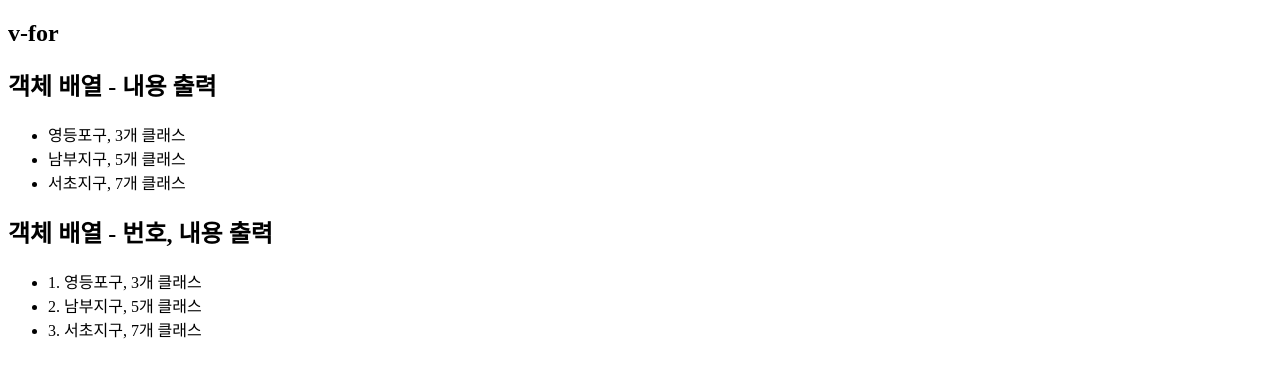
Repository: KangHoi/encore_vueWorkspace
Page: vue02_Methods/WebContent/vue10_vfor.html
The author's editor kept a copy of each file at every save. The page is drawn from the files as they stood at one save, then again after the next save.
The browser window is 1280 px wide. The pictures show the whole page.
Some web libraries are served in a nearby version.

Above is the page before, as saved 2021-07-09 05:34:27.

### vue02_Methods/WebContent/vue10_vfor.html
<!DOCTYPE html>
<html>
<head>
<meta charset="UTF-8">
<title>v-for와 함께 v-if이용하기</title>

<script src="https://cdn.jsdelivr.net/npm/vue/dist/vue.js"></script>
<script src="https://code.jquery.com/jquery-3.2.1.min.js"></script>

</head>
<body>
<h2>v-for</h2>
<div id="app">
	<h2>객체 배열 - 내용 출력</h2>
	<ul>
		<li v-for="encore in encores">
			{{encore.name}}, {{encore.count}}개 클래스
		</li>
	</ul>

	<h2>객체 배열 - 번호, 내용 출력</h2>
	<ul>
		<li v-for="(encore,index) in encores">
			{{index+1}}. {{encore.name}}, {{encore.count}}개 클래스
		</li>
	</ul>
</div>

<script>
	new Vue({
		el:'#app',
		data:{
			encores:[
				{name: '영등포구', count:3},
				{name: '남부지구', count:5},
				{name: '서초지구', count:7}
			]
		}
	});
</script>

</body>
</html>

After the next save:
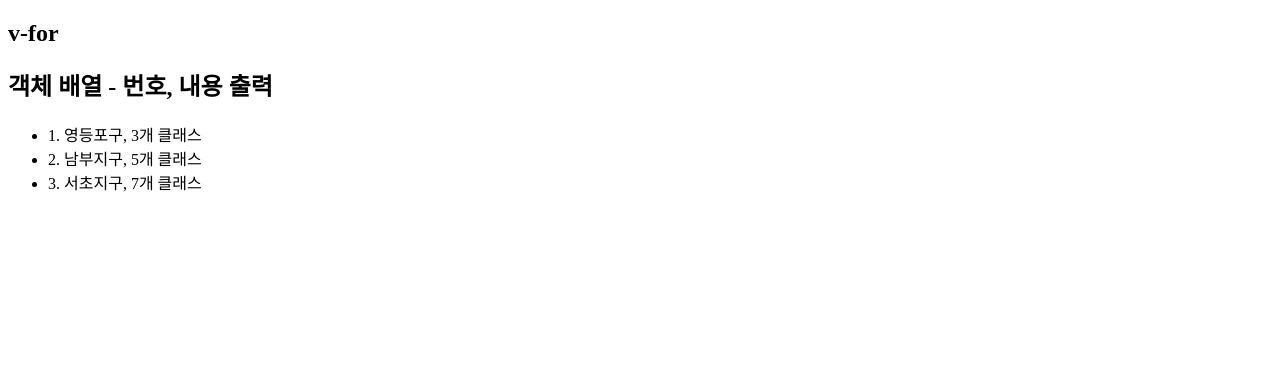
Saved 23 s later.
--- a/vue02_Methods/WebContent/vue10_vfor.html
+++ b/vue02_Methods/WebContent/vue10_vfor.html
@@ -11,13 +11,6 @@
 <body>
 <h2>v-for</h2>
 <div id="app">
-	<h2>객체 배열 - 내용 출력</h2>
-	<ul>
-		<li v-for="encore in encores">
-			{{encore.name}}, {{encore.count}}개 클래스
-		</li>
-	</ul>
-
 	<h2>객체 배열 - 번호, 내용 출력</h2>
 	<ul>
 		<li v-for="(encore,index) in encores">
